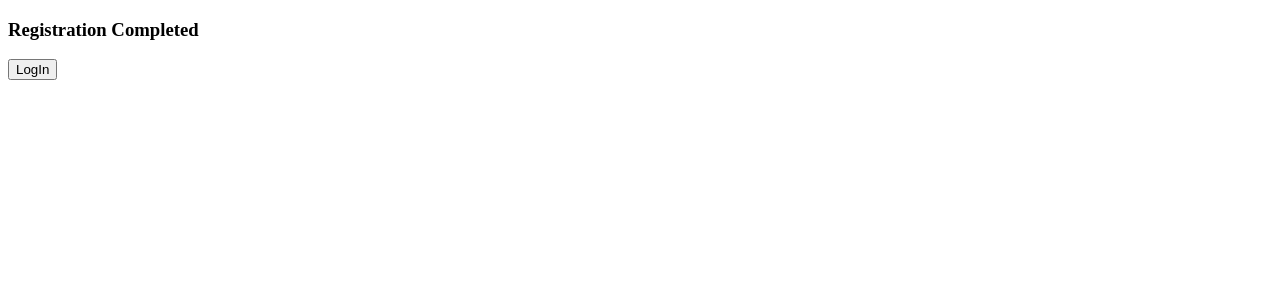
Repository: iamvinayhv/Servlet
Page: http://localhost/EmployeeApp/jsp/Regcomplete.jsp
An editor plug-in stored every save of this project. The page is shown before and after the next save, followed by the edit.
The browser window is 1280 px wide. The pictures show the whole page.
The page is served by Tomcat 9. Other server files are loaded and not shown.

Above is the page before, as saved 2017-03-09 10:53:01.

### EmployeeApp/WebContent/jsp/Regcomplete.jsp
<%@ page language="java" contentType="text/html; charset=UTF-8"
    pageEncoding="UTF-8"%>
<!DOCTYPE html PUBLIC "-//W3C//DTD HTML 4.01 Transitional//EN" "http://www.w3.org/TR/html4/loose.dtd">
<html>
<head>
<meta http-equiv="Content-Type" content="text/html; charset=UTF-8">
<title>Insert title here</title>
</head>
<body>
<h3>Registration Completed</h3>

<a href="login.jsp">
<input type="submit" value="LogIn"><br/></a>
</body>
</html>

After the next save:
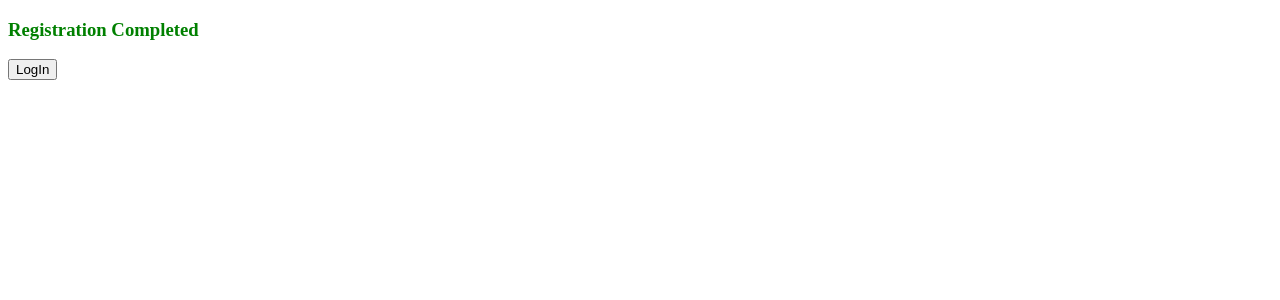
Saved 78 s later.
--- a/EmployeeApp/WebContent/jsp/Regcomplete.jsp
+++ b/EmployeeApp/WebContent/jsp/Regcomplete.jsp
@@ -7,7 +7,7 @@
 <title>Insert title here</title>
 </head>
 <body>
-<h3>Registration Completed</h3>
+<h3 style="color:green;">Registration Completed</h3>
 
 <a href="login.jsp">
 <input type="submit" value="LogIn"><br/></a>
